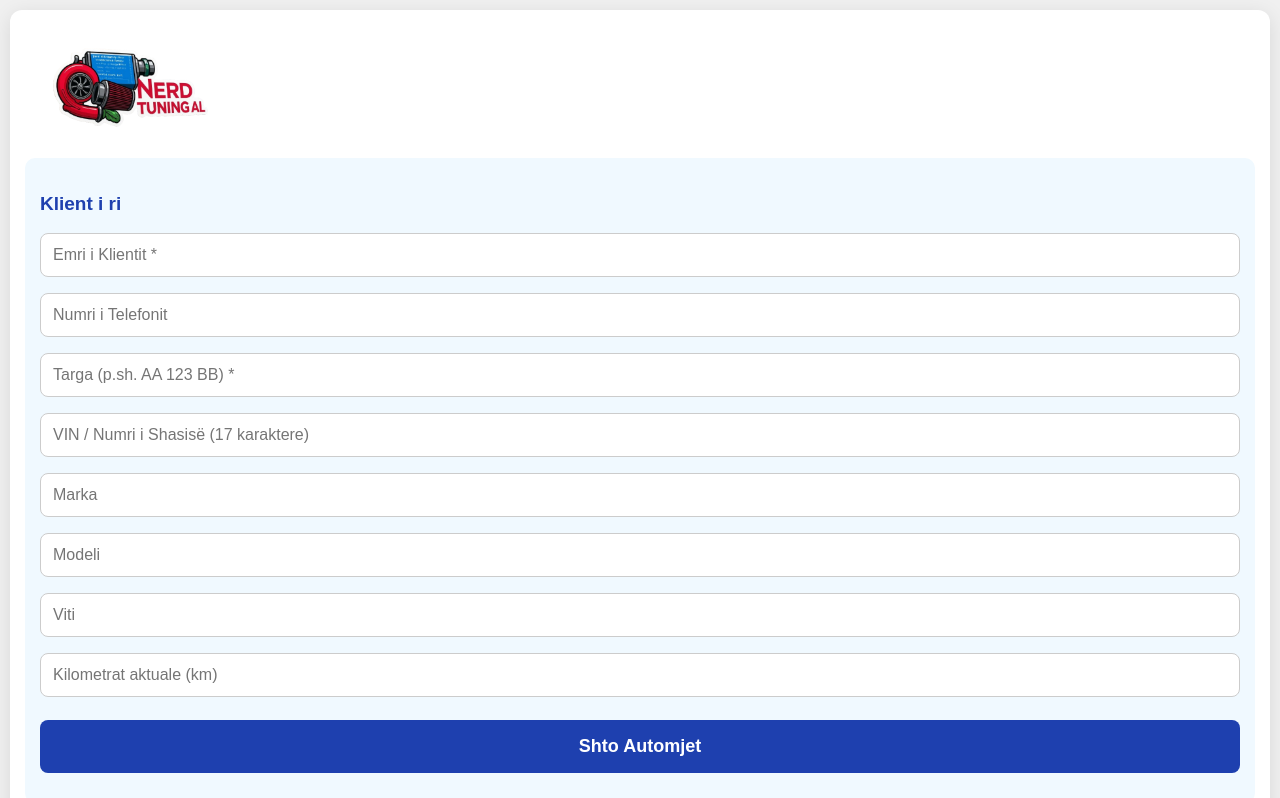
Repository: tjola/nerd_tuning_al
Page: index.html
The author's editor kept a copy of each file at every save. The page is drawn from the files as they stood at one save, then again after the next save.
The browser window is 1280 px wide. The pictures show the part of the page from y = 0 to 798 px (the page is 2203 px tall before and 1125 px after).
A picture or video elsewhere on the page could not be fetched, so the positions and the page height are approximate.

Above is the page before, as saved 2025-12-01 14:28:09.

After the next save:
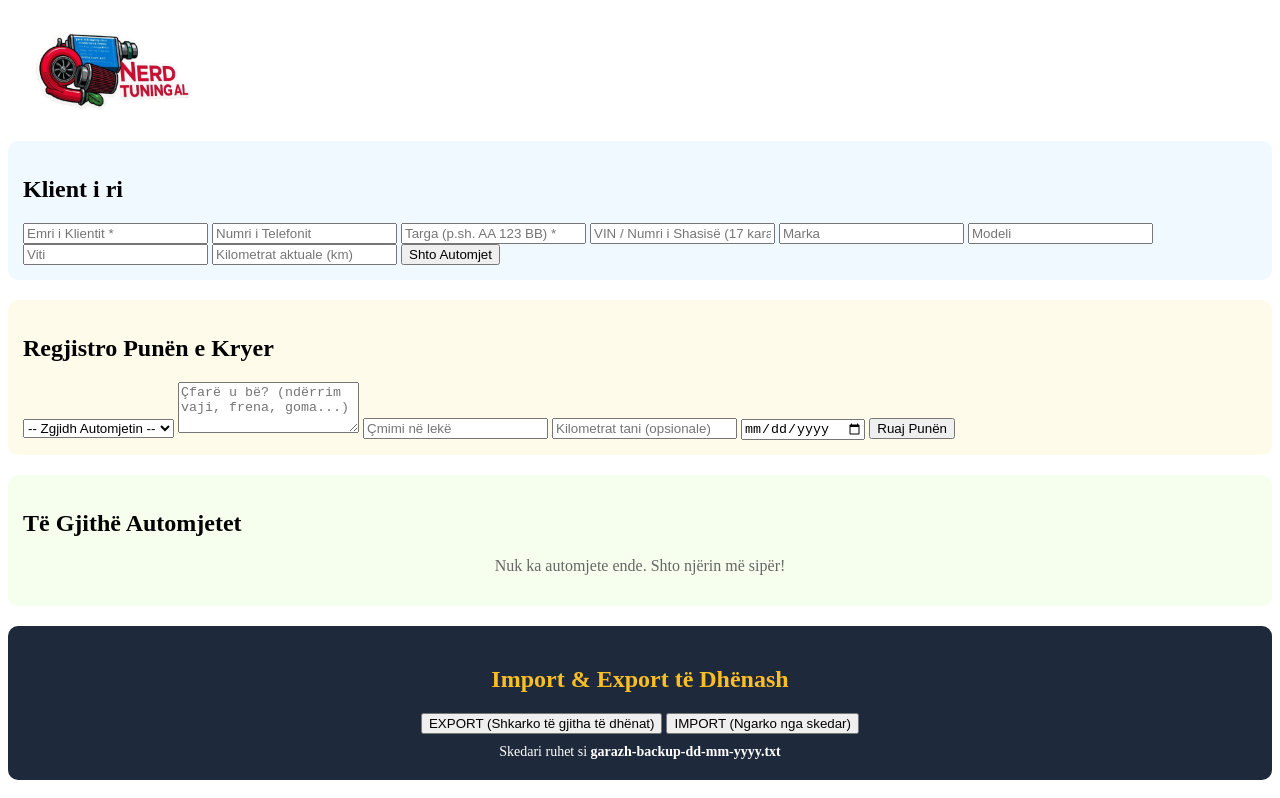
Saved 12 min 25 s later.
--- a/index.html
+++ b/index.html
@@ -4,26 +4,7 @@
 <meta name="viewport" content="width=device-width, initial-scale=1.0">
 <title>Nerd tuning AL</title>
 <style>
-  body { font-family: Arial, sans-serif; margin:0; padding:0; background:#f0f0f0; }
-  .container { max-width:100%; margin:10px; padding:15px; background:white; border-radius:12px; box-shadow:0 4px 20px rgba(0,0,0,0.1); }
-  h1 { text-align:center; color:#1e40af; margin:10px 0 15px; font-size:24px; }
-  h2 { color:#1e40af; font-size:19px; margin:20px 0 10px; }
-  input, select, textarea, button {
-    width:100%; padding:12px; margin:8px 0; font-size:16px;
-    border:1px solid #ccc; border-radius:8px; box-sizing:border-box;
-  }
-  button {
-    background:#1e40af; color:white; border:none; font-weight:bold;
-    padding:16px; margin:15px 0; font-size:18px;
-  }
-  .btn-green { background:#16a34a; }
-  .btn-red { background:#dc2626; }
-  .btn-cyan { background:#0d9488; }
-  table { width:100%; border-collapse:collapse; margin:15px 0; font-size:14px; }
-  th, td { border:1px solid #999; padding:10px; text-align:left; }
-  th { background:#1e40af; color:white; }
-  .work-item { background:#f3f4f6; padding:10px; margin:6px 0; border-radius:6px; font-size:14px; }
-  .footer { text-align:center; padding:20px; background:#1e40af; color:white; margin-top:30px; border-radius:0 0 12px 12px; }
+
 </style>
 </head>
 <body>
